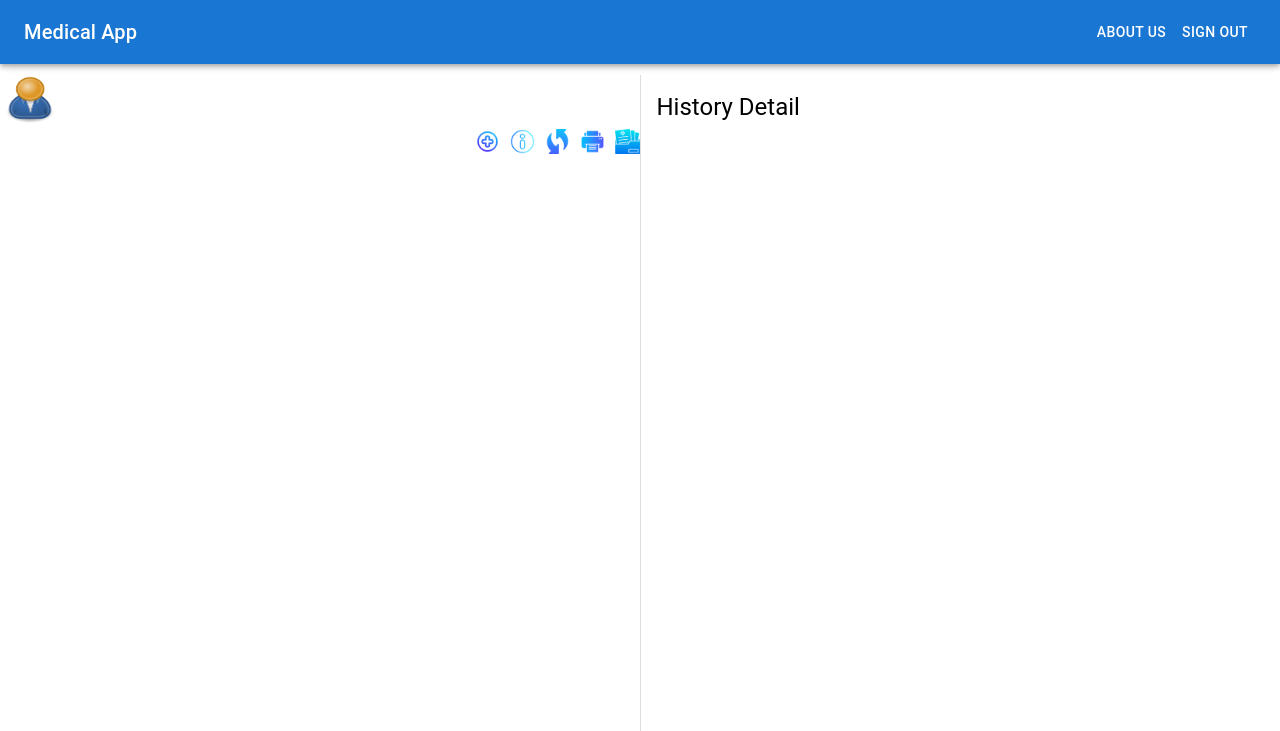
Repository: sshaiv/demo_project
Page: /
These files come from the project's save history. The page is drawn as it stood at one moment and after the next save; the edit follows.
The browser window is 1280 px wide. The pictures show the whole page.
The project was rebuilt for these pictures with package versions that can differ from the ones it lists, and the page was loaded fresh each time.

Above is the page before, as saved 2024-08-12 20:53:11.

### src/App.js
// src/App.js
import React from 'react';
import { Box, Container } from '@mui/material';
import LeftSection from './components/LeftSection';
import RightSection from './components/RightSection';
import Header from './components/Header'; // Assuming you have a Header component
import NursingHeader from './components/NursingHeader';

const App = () => {
  return (
    <div>
      <Header /> {/* Include your header if you have one */}

      <Box
        sx={{
          position:'relative',
          top:'75px',
          display: 'flex',
          height: 'calc(100vh - 64px)', // Adjust height if you have a header
        }}
      >
        <Box sx={{ width: '50%', overflowY: 'scroll' }}>
          <LeftSection />
           <NursingHeader />
        </Box>
        <Box sx={{ width: '50%', borderLeft: '1px solid #ddd' }}>
          <RightSection />
        </Box>
      </Box>
    </div>
  );
};

export default App;

### src/components/LeftSection.jsx
// src/components/LeftSection.js
import React from 'react';
// import { Box, Typography, TextField, Grid } from '@mui/material';

const LeftSection = () => {
  return (
   <div></div>
  );
};

export default LeftSection;

### src/components/RightSection.jsx
// src/components/RightSection.js
import React from 'react';
import { Box, Typography } from '@mui/material';

const RightSection = () => {
  return (
    <Box
      sx={{
        width: '100%',
        height: 'calc(100vh - 64px)',
        padding: '16px',
        boxSizing: 'border-box',
      }}
    >
      <Typography variant="h5" gutterBottom>
        History Detail
      </Typography>
      {/* Add more content as needed */}
    </Box>
  );
};

export default RightSection;

### src/components/Header.js
import React from 'react';
import { AppBar, Toolbar, Typography, Button } from '@mui/material';

const Header = () => {
  return (
    <AppBar position="fixed">
      <Toolbar>
        <Typography variant="h6" style={{ flexGrow: 1 }}>
          Medical App
        </Typography>
        <Button color="inherit">About Us</Button>
        <Button color="inherit">Sign Out</Button>
      </Toolbar>
    </AppBar>
  );
};

export default Header;

### src/components/NursingHeader.js
import React from "react";

const NursingHeader = () => {
  return (
    <div id="NursingHeader" className="container-fluid">
      <div className="row">
        {/* Employee Image */}
        <div className="col-md-1">
          <img
            id="imgEmp"
            src="/Images/2000px-User_icon_2.svg.png"
            alt="Employee"
            style={{ width: "60px", height: "50px" }}
          />
        </div>

        {/* Patient Information */}
        <div className="col-md-5">
          <div className="input-group input-group-sm" style={{ fontWeight: "bolder", border: "none" }}>
            <span id="txtPatName" style={{ display: "inline", fontWeight: "bolder", border: "none" }}>
              {/* Patient Name */}
            </span>
            <span id="txtAgeSex" style={{ display: "inline", fontWeight: "bolder", border: "none" }}>
              {/* Age and Sex */}
            </span>
            <span id="txtNurIpdNo" style={{ display: "inline", fontWeight: "bolder", border: "none" }}>
              {/* Nurse IPD Number */}
            </span>
            <span id="txtMobNo" className="glyphicon glyphicon-phone" style={{ display: "inline", fontWeight: "bolder", fontSize: "15px", border: "none" }}>
              {/* Mobile Number */}
            </span>
          </div>
        </div>

        {/* Action Buttons */}
        <div className="col-md-6" style={{ textAlign: "right" }}>
      <img
        src="/assets/addpatients.png"
        style={{ width: "25px", height: "25px", marginRight: "10px", cursor: "pointer" }}
        alt="ADD"
        onClick={() => console.log("Add Patient Clicked")}
      />
      <img
        src="/assets/info-button.png"
        style={{ width: "25px", height: "25px", marginRight: "10px", cursor: "pointer" }}
        alt="Info"
        onClick={() => console.log("Info Button Clicked")}
      />
      <img
        src="/assets/refresh.png"
        style={{ width: "25px", height: "25px", marginRight: "10px", cursor: "pointer" }}
        alt="Refresh"
        onClick={() => console.log("Refresh Clicked")}
      />
      <img
        src="/assets/printer.png"
        style={{ width: "25px", height: "25px", marginRight: "10px", cursor: "pointer" }}
        alt="Print"
        onClick={() => console.log("Print Clicked")}
      />
      <img
        src="/assets/folder.png"
        style={{ width: "25px", height: "25px", cursor: "pointer" }}
        alt="Folder"
        onClick={() => console.log("Folder Clicked")}
      />
    </div>
      </div>

      {/* Hidden Fields */}
      <div className="row">
        <div className="col-md-1" hidden>
          <label>Bed No.</label>
          <input id="txtBedNo" type="text" className="form-control form-control-readonly" readOnly disabled />
        </div>
        <div className="col-md-1" hidden>
          <label>Age</label>
          <input id="txtAge" type="text" className="form-control form-control-readonly" readOnly disabled />
        </div>
        <div className="col-md-1" hidden>
          <label>Gender</label>
          <input id="txtGender" type="text" className="form-control form-control-readonly" readOnly disabled />
        </div>
      </div>
    </div>
  );
};

// Reusable Button Component
const Button = ({ id, imgSrc, onClick, title, disabled }) => (
  <button
    id={id}
    className="btn btn-primary btn-sm"
    style={{ backgroundColor: "transparent" }}
    onClick={onClick}
    title={title}
    disabled={disabled}
  >
    <img src={imgSrc} style={{ width: "25px", height: "25px" }} alt={title || "button"} />
  </button>
);

export default NursingHeader;

Loaded but not shown: public/index.html (common file); src/index.js (common file); src/index.css (common file)

After the next save:
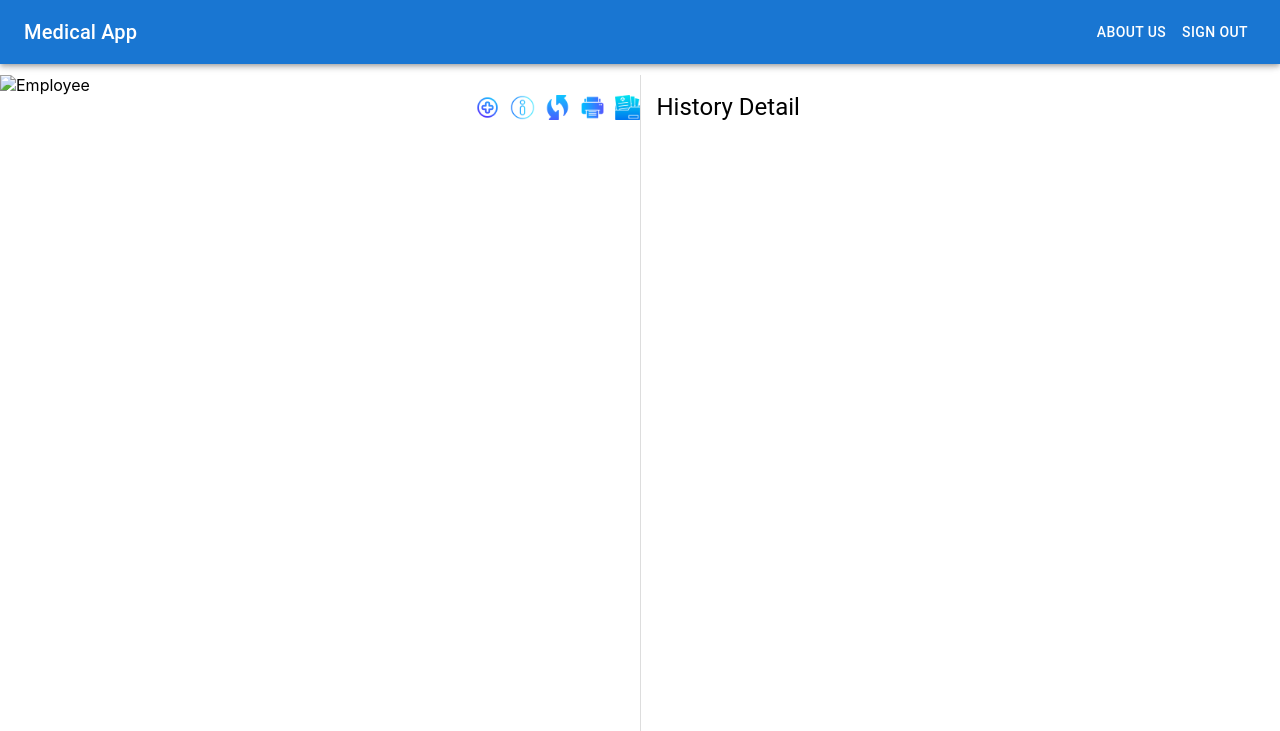
Saved 3 min 15 s later.
--- a/src/components/NursingHeader.js
+++ b/src/components/NursingHeader.js
@@ -8,7 +8,7 @@ const NursingHeader = () => {
         <div className="col-md-1">
           <img
             id="imgEmp"
-            src="/Images/2000px-User_icon_2.svg.png"
+            src="/"
             alt="Employee"
             style={{ width: "60px", height: "50px" }}
           />
